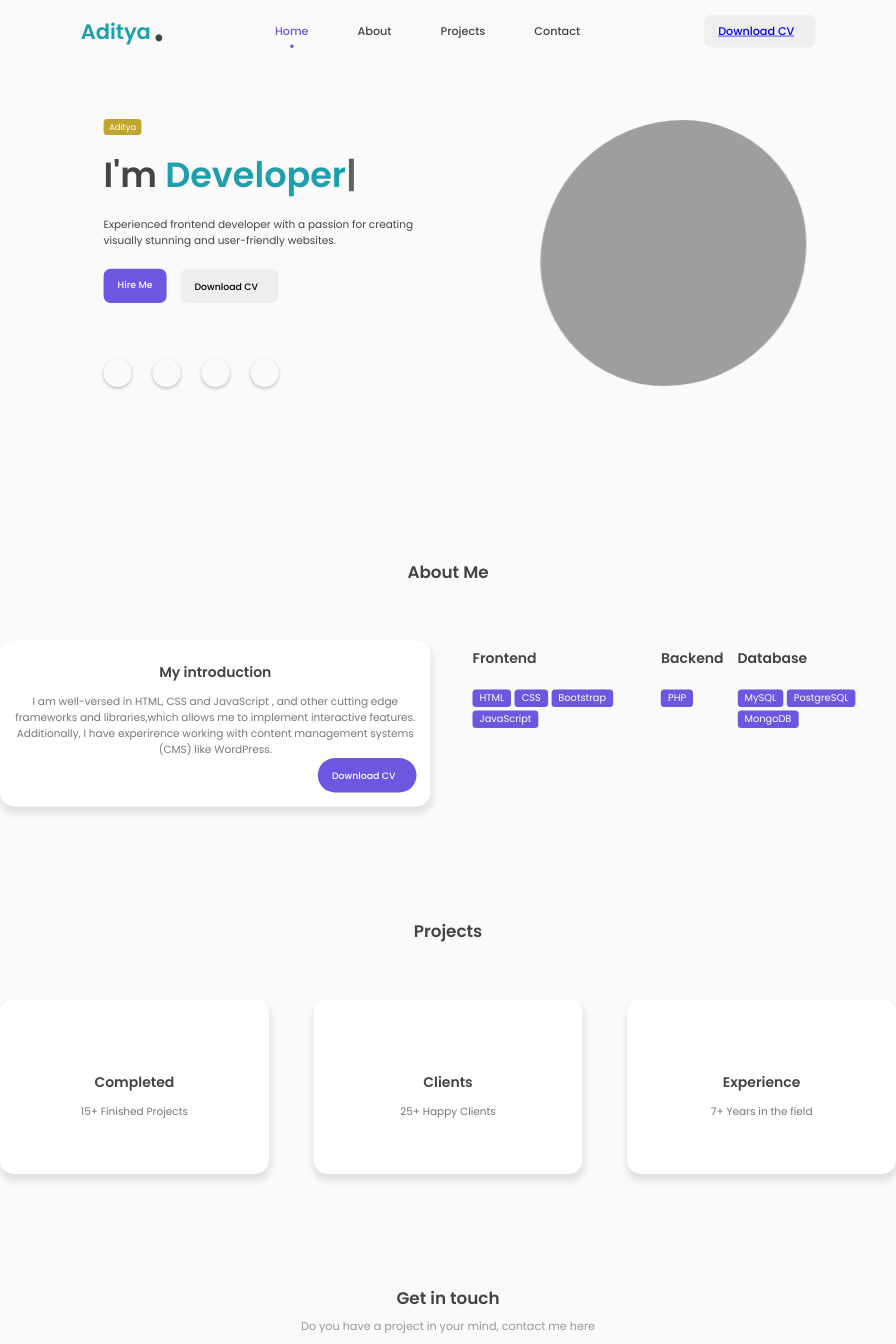
Repository: 4Kbrain/Portofolio
Page: index.html
The author's editor kept a copy of each file at every save. The page is drawn from the files as they stood at one save, then again after the next save.
The browser window is 1280 px wide. The pictures show the part of the page from y = 0 to 1920 px (the page is 2767 px tall), at 70% of full size.
Pictures or frames that could not be fetched are drawn as grey boxes. Some icons come from a web library that is not loaded, so they are not drawn.

Above is the page before, as saved 2024-05-15 09:04:16.

### index.html
<!DOCTYPE html>
<html lang="en">

<head>
    <meta charset="UTF-8">
    <meta name="viewport" content="width=device-width, initial-scale=1.0">
    <link rel="stylesheet" href="https://unicons.iconscout.com/release/v4.0.8/css/line.css">
    <link rel="stylesheet" href="assets/css/style.css">
    <link rel="shortcut icon" href="assets/images/favicon.png" type="image/x-icon">

    <title>Portfolio | Aditya</title>
</head>

<body>
    <div class="container">
        <!-- header -->
        <nav id="header">
            <div class="nav-logo">
                <p class="nav-name">Aditya</p>
                <span>.</span>
            </div>
            <div class="nav-menu" id="myNavMenu">
                <ul class="nav_menu_list">
                    <li class="nav_list">
                        <a href="#home" class="nav-link active-link">Home</a>
                        <div class="circle"></div>
                    </li>
                    <li class="nav_list">
                        <a href="#about" class="nav-link">About</a>
                        <div class="circle"></div>
                    </li>
                    <li class="nav_list">
                        <a href="#projects" class="nav-link">Projects</a>
                        <div class="circle"></div>
                    </li>
                    <li class="nav_list">
                        <a href="#contact" class="nav-link">Contact</a>
                        <div class="circle"></div>
                    </li>
                </ul>
            </div>
            <div class="nav-button">
                <a id="downloadCVButton" href="assets/CV/Aditya%20CV.pdf" download="CV.pdf" class="btn">Download CV <i
                        class="uil uil-file-alt"></i></a>
            </div>
            <div class="nav-menu-btn">
                <i class="uil uil-bars" onclick="myMenuFunction()"></i>
            </div>
        </nav>


        <!-- -------------- MAIN ---------------- -->
        <main class="wrapper">
            <!-- -------------- FEATURED BOX ---------------- -->
            <section class="featured-box" id="home">
                <div class="featured-text">
                    <div class="featured-text-card">
                        <span>Aditya</span>
                    </div>
                    <div class="featured-name">
                        <p>I'm <span class="typedText"></span></p>
                    </div>
                    <div class="featured-text-info">
                        <p>Experienced frontend developer with a passion for creating visually stunning
                            and user-friendly websites.
                        </p>
                    </div>
                    <div class="featured-text-btn">
                        <button class="btn blue-btn">Hire Me</button>
                        <button class="btn">Download CV <i class="uil uil-file-alt"></i></button>
                    </div>
                    <div class="social_icons">
                        <div class="icon"><a href="https://instagram.com"><i class="uil uil-instagram"></i></a></div>
                        <div class="icon"><a href="https://linkedin.com"><i class="uil uil-linkedin-alt"></i></a></div>
                        <div class="icon"><a href="https://dribbble.com"><i class="uil uil-dribbble"></i></a></div>
                        <div class="icon"><a href="https://github.com/4Kbrain"><i class="uil uil-github-alt"></i></a></div>

                    </div>
                </div>
                <div class="featured-image">
                    <div class="image">
                        <img src="assets/images/avatar.png" alt="avatar">
                    </div>
                </div>
                <!-- <div c
         -->
    </div>

    </section>
    <!-- -------------- ABOUT BOX ---------------- -->
    <section class="section" id="about">
        <div class="top-header">
            <h1>About Me</h1>
        </div>
        <div class="row">
            <div class="col">
                <div class="about-info">
                    <h3>My introduction</h3>
                    <p>I am well-versed in HTML, CSS and JavaScript , and other cutting edge
                        frameworks and libraries,which allows me to implement interactive features.
                        Additionally, I have experirence working with content management systems (CMS) like
                        WordPress.
                    </p>
                    <div class="about-btn">
                        <button class="btn">Download CV <i class="uil uil-import"></i></button>
                    </div>
                </div>
            </div>
            <div class="col">
                <div class="skills-box">
                    <div class="skills-header">
                        <h3>Frontend</h3>
                    </div>
                    <div class="skills-list">
                        <span>HTML</span>
                        <span>CSS</span>
                        <span>Bootstrap</span>
                        <span>JavaScript</span>
                    </div>
                </div>
                <div class="skills-box">
                    <div class="skills-header">
                        <h3>Backend</h3>
                    </div>
                    <div class="skills-list">
                        <span>PHP</span>
                    </div>
                </div>
                <div class="skills-box">
                    <div class="skills-header">
                        <h3>Database</h3>
                    </div>
                    <div class="skills-list">
                        <span>MySQL</span>
                        <span>PostgreSQL</span>
                        <span>MongoDB</span>
                    </div>
                </div>
            </div>
        </div>
    </section>

    <!-- -------------- PROJECT BOX ---------------- -->

    <section class="section" id="projects">
        <div class="top-header">
            <h1>Projects</h1>
        </div>
        <div class="project-container">
            <div class="project-box">
                <i class="uil uil-briefcase-alt"></i>
                <h3>Completed</h3>
                <label>15+ Finished Projects</label>
            </div>
            <div class="project-box">
                <i class="uil uil-users-alt"></i>
                <h3>Clients</h3>
                <label>25+ Happy Clients</label>
            </div>
            <div class="project-box">
                <i class="uil uil-award"></i>
                <h3>Experience</h3>
                <label>7+ Years in the field</label>
            </div>
        </div>
    </section>

    <!-- -------------- CONTACT BOX ---------------- -->

    <section class="section" id="contact">
        <div class="top-header">
            <h1>Get in touch</h1>
            <span>Do you have a project in your mind, contact me here</span>
        </div>
        <div class="row">
            <div class="col">
                <div class="contact-info">
                    <h2>Find Me <i class="uil uil-corner-right-down"></i></h2>
                    <p><i class="uil uil-envelope"></i> Email: john@Aditya.com</p>
                    <p><i class="uil uil-phone"></i> Tel: +250 708 770 000</p>
                </div>
            </div>
            <div class="col">
                <div class="form-control">
                    <div class="form-inputs">
                        <input type="text" class="input-field" placeholder="Name">
                        <input type="text" class="input-field" placeholder="Email">
                    </div>
                    <div class="text-area">
                        <textarea placeholder="Message"></textarea>
                    </div>
                    <div class="form-button">
                        <button class="btn">Send <i class="uil uil-message"></i></button>
                    </div>
                </div>
            </div>
        </div>
    </section>

    </main>


    <!-- --------------- FOOTER --------------- -->
    <footer>
        <div class="top-footer">
            <p>Aditya .</p>
        </div>
        <div class="middle-footer">
            <ul class="footer-menu">
                <li class="footer_menu_list">
                    <a href="#home">Home</a>
                </li>
                <li class="footer_menu_list">
                    <a href="#about">About</a>
                </li>
                <li class="footer_menu_list">
                    <a href="#projects">Projects</a>
                </li>
                <li class="footer_menu_list">
                    <a href="#contact">Contact</a>
                </li>
            </ul>
        </div>
        <div class="footer-social-icons">
            <div class="icon"><i class="uil uil-instagram"></i></div>
            <div class="icon"><i class="uil uil-linkedin-alt"></i></div>
            <div class="icon"><i class="uil uil-dribbble"></i></div>
            <div class="icon"><i class="uil uil-github-alt"></i></div>
        </div>
        <div class="bottom-footer">
            <p>Copyright &copy; <a href="#home" style="text-decoration: none;">Aditya</a> - All rights reserved</p>
        </div>
    </footer>

    </div>



    <script src="https://unpkg.com/typed.js@2.0.16/dist/typed.umd.js"></script>
    <script src="https://unpkg.com/scrollreveal"></script>
    <script src="assets/js/script.js"></script>
</body>

</html>

### assets/css/style.css
/* ----- POPPINS FONT Link ----- */
@import url('https://fonts.googleapis.com/css2?family=Poppins:wght@400;500;600;700&display=swap');

/* ----- VARIABLES ----- */
:root{
    --body-color: rgb(250, 250, 250);
    --color-white: rgb(255, 255, 255);

    --text-color-second: rgb(68, 68, 68);
    --text-color-third: rgb(30, 159, 171);

    --first-color: rgb(110, 87, 224);
    --first-color-hover: rgb(40, 91, 212);

    --second-color: rgb(0, 201, 255);
    --third-color: rgb(192, 166, 49);
    --first-shadow-color: rgba(0, 0, 0, 0.1);

}

*{
    margin: 0;
    padding: 0;
    box-sizing: border-box;
    font-family: 'Poppins', sans-serif;
}

html{
    scroll-behavior: smooth;
}

/* webkit scrollbar */
::-webkit-scrollbar{
    width: 10px;
    border-radius: 25px;
}
::-webkit-scrollbar-track{
    background: #f1f1f1;
}
::-webkit-scrollbar-thumb{
    background: #ccc;
    border-radius: 30px;
}
::-webkit-scrollbar-thumb:hover{
    background: #bbb;
}


.btn{
    font-weight: 500;
    padding: 12px 20px;
    background: #efefef;
    border: none;
    border-radius: 10px;
    cursor: pointer;
    transition: .4s;
}
.btn>i{
    margin-left: 10px;
}
.btn:hover{
    background: var(--second-color);
    color: var(--color-white);
}

/* ----- GLOBAL ICONS DESIGN ----- */
i{
    font-size: 16px;
}

/* ------- BASE -------- */
body{
    background: var(--body-color);
    overflow-x: hidden;
}
.container{
    width: 100%;
    position: relative;
}

/* ----- NAVIGATION BAR ----- */
nav{
    position: fixed;
    display: flex;
    justify-content: space-between;
    width: 100%;
    height: 90px;
    line-height: 90px;
    background: var(--body-color);
    padding-inline: 9vw;
    transition: .3s;
    z-index: 100;
}
.nav-logo{
   position: relative;
}
.nav-name{
    font-size: 30px;
    font-weight: 600;
    color: var(--text-color-third);
}
.nav-logo span{
    position: absolute;
    top: -15px;
    right: -20px;
    font-size: 5em;
    color: var(--text-color-second);
}
.nav-menu, .nav_menu_list{
    display: flex;
}
.nav-menu .nav_list{
    list-style: none;
    position: relative;
}
.nav-link{
    text-decoration: none;
    color: var(--text-color-second);
    font-weight: 500;
    padding-inline: 15px;
    margin-inline: 20px;
}
.nav-menu-btn{
    display: none;
}
.nav-menu-btn i{
    font-size: 28px;
    cursor: pointer;
}
.active-link{
    position: relative;
    color: var(--first-color);
    transition: .3;
}
.active-link::after{
    content: '';
    position: absolute;
    left: 50%;
    bottom: -15px;
    transform: translate(-50%, -50%);
    width: 5px;
    height: 5px;
    background: var(--first-color);
    border-radius: 50%;
}


/* ----- WRAPPER DESIGN ----- */
.wrapper{
    padding-inline: 10vw;
}

/* ----- FEATURED BOX ----- */
.featured-box{
    position: relative;
    display: flex;
    height: 100vh;
    min-height: 700px;
}

/* ----- FEATURED TEXT BOX ----- */
.featured-text{
    position: relative;
    display: flex;
    justify-content: center;
    align-content: center;
    min-height: 80vh;
    flex-direction: column;
    width: 50%;
    padding-left: 20px;
}
.featured-text-card span{
    background: var(--third-color);
    color: var(--color-white);
    padding: 3px 8px;
    font-size: 12px;
    border-radius: 5px;
}
.featured-name{
    font-size: 50px;
    font-weight: 600;
    color: var(--text-color-second);
    margin-block: 20px;
}
.typedText{
    text-transform: capitalize;
    color: var(--text-color-third);
}
.featured-text-info{
    font-size: 15px;
    margin-bottom: 30px;
    color: var(--text-color-second);
}
.featured-text-btn{
    display: flex;
    gap: 20px;
}
.featured-text-btn>.blue-btn{
    background: var(--first-color);
    color: var(--color-white);
}
.featured-text-btn>.blue-btn:hover{
    background: var(--first-color-hover);
}
.social_icons{
    display: flex;
    margin-top: 5em;
    gap: 30px;
}
.icon{
    display: flex;
    justify-content: center;
    align-items: center;
    width: 40px;
    height: 40px;
    border-radius: 50%;
    box-shadow: 0px 2px 5px 0px rgba(0, 0, 0, 0.25);
    cursor: pointer;
}
.icon:hover{
    color: var(--first-color);
}

/* ----- FEATURED IMAGE BOX ----- */
.featured-image{
    display: flex;
    justify-content: right;
    align-content: center;
    min-height: 80vh;
    width: 50%;
}
.image{
    margin: auto 0;
    width: 380px;
    height: 380px;
    border-radius: 55% 45% 55% 45%;
    overflow: hidden;
    animation: imgFloat 7s ease-in-out infinite;
}
.image img{
    width: 380px;
    height: 380px;
    object-fit: cover;
}
@keyframes imgFloat {
    50%{
        transform: translateY(10px);
        border-radius: 45% 55% 45% 55%;
    }
}
.scroll-btn{
   position: absolute;
   bottom: 0;
   left: 50%;
   translate: -50%;
   display: flex;
   justify-content: center;
   align-items: center;
   width: 150px;
   height: 50px;
   gap: 5px;
   text-decoration: none;
   color: var(--text-color-second);
   background: var(--color-white);
   border-radius: 30px;
   box-shadow: 0 2px 5px 0 rgba(0, 0, 0, 0.25);
}
.scroll-btn i{
    font-size: 20px;
}

/* ----- MAIN BOX ----- */
.section{
    padding-block: 5em;
}
.row{
    display: flex;
    justify-content: space-between;
    width: 100%;
    gap: 50px;
}
.col{
    display: flex;
    width: 50%;
}

/* -- ## --- RESUABLE CSS -- ## -- */
.top-header{
    text-align: center;
    margin-bottom: 5em;
}
.top-header h1{
    font-weight: 600;
    color: var(--text-color-second);
    margin-bottom: 10px;
}
.top-header span{
    color: #999;
}
h3{
    font-size: 20px;
    font-weight: 600;
    color: var(--text-color-second);
    margin-bottom: 15px;
}

/* ----- ABOUT INFO ----- */
.about-info{
    position: relative;
    display: flex;
    align-items: center;
    flex-direction: column;
    padding-block: 30px 70px;
    padding-inline: 20px;
    width: 100%;
    background: var(--color-white);
    box-shadow: 1px 8px 10px 2px var(--first-shadow-color);
    border-radius: 20px;
}
.about-info p{
    text-align: center;
    font-size: 15px;
    color: #777;
}
.about-btn button{
    position: absolute;
    right: 20px;
    bottom: 20px;
    background: var(--first-color);
    color: var(--color-white);
    border-radius: 30px;
}
.about-btn button:hover{
    background: var(--first-color-hover);
}

/* ----- ABOUT / SKILLS BOX ----- */
.skills-box{
    margin: 10px;
}
.skills-header{
    margin-bottom: 30px;
}
.skills-list{
    display: flex;
    flex-wrap: wrap;
    gap: 5px;
}
.skills-list span{
    font-size: 14px;
    background: var(--first-color);
    color: var(--color-white);
    padding: 2px 10px;
    border-radius: 5px;
}

/* ----- PROJECTS BOX ----- */
.project-container{
    display: flex;
    width: 100%;
    justify-content: space-between;
    gap: 20px;
    flex-wrap: wrap;
}
.project-box{
    position: relative;
    display: flex;
    justify-content: center;
    align-items: center;
    flex-direction: column;
    width: 30%;
    height: 250px;
    background: var(--color-white);
    border-radius: 20px;
    box-shadow: 1px 8px 10px 2px var(--first-shadow-color);
    overflow: hidden;
}
.project-box>i{
    font-size: 50px;
    color: #00B5E7;
    margin-bottom: 25px;
}
.project-box label{
    font-size: 15px;
    color: #777;
}
.project-box::after, .contact-info::after{
    content: "";
    position: absolute;
    bottom: -100%;
    background: var(--second-color);
    width: 100%;
    height: 100%;
    transition: .4s;
    z-index: 1;
}
.project-box:hover.project-box::after,
.contact-info:hover.contact-info::after{
    bottom: 0;
}
.project-box:hover.project-box i,
.project-box:hover.project-box>h3,
.project-box:hover.project-box>label{
    color: var(--color-white);
    z-index: 2;
}

/* ----- CONTACT BOX ----- */
.contact-info{
    position: relative;
    display: flex;
    flex-direction: column;
    justify-content: center;
    align-items: center;
    padding: 20px 30px;
    width: 100%;
    height: 315px;
    background: var(--second-color);
    border-radius: 10px;
    box-shadow: 1px 8px 10px 2px var(--first-shadow-color);
    overflow: hidden;
}
.contact-info>h2{
    color: var(--color-white);
    margin-bottom: 20px;
}
.contact-info>p{
    display: flex;
    align-items: center;
    gap: 10px;
    color: var(--color-white);
    margin-block: 5px;
}
.contact-info p>i{
    font-size: 18px;
}
.contact-info::after{
    background: var(--color-white);
}
.contact-info:hover.contact-info h2,
.contact-info:hover.contact-info p,
.contact-info:hover.contact-info i{
    color: #777;
    z-index: 2;
}

/* ----- CONTACT FORM ----- */
.form-control{
    display: flex;
    flex-direction: column;
    gap: 10px;
    width: 100%;
}
.form-inputs{
    display: flex;
    gap: 10px;
    width: 100%;
}
.input-field{
    width: 50%;
    height: 55px;
    background: transparent;
    border: 2px solid #AAA;
    border-radius: 10px;
    padding-inline: 20px;
    outline: none;
}
textarea{
    width: 100%;
    height: 250px;
    background: transparent;
    border: 2px solid #AAA;
    border-radius: 10px;
    padding: 15px 20px;
    outline: none;
    resize: none;
}
.form-button>.btn{
    display: flex;
    align-items: center;
    justify-content: center;
    background: var(--second-color);
    color: var(--color-white);
}
.form-button>.btn:hover{
    background: #00B5E7;
}
.form-button i{
    font-size: 18px;
    rotate: -45deg;
}

/* ----- FOOTER BOX ----- */
footer{
    display: flex;
    justify-content: center;
    align-items: center;
    flex-direction: column;
    row-gap: 30px;
    background: #F8F8F8;
    padding-block: 40px 60px;
}
.top-footer p{
    font-size: 25px;
    font-weight: 600;
}
.middle-footer .footer-menu{
    display: flex;
}
.footer_menu_list{
    list-style: none;
}
.footer_menu_list a{
    text-decoration: none;
    color: var(--text-color-second);
    font-weight: 500;
    margin-inline: 20px;
}
.footer-social-icons{
    display: flex;
    gap: 30px;
}
.bottom-footer{
    font-size: 14px;
    margin-top: 10px;
}


/* ----- MEDIA QUERY == 1024px / RESPONSIVE ----- */
@media only screen and (max-width: 1024px){
    .featured-text{
        padding: 0;
    }
    .image, .image img{
        width: 320px;
        height: 320px;
    }
}

/* ----- MEDIA QUERY == 900px / RESPONSIVE ----- */
@media only screen and (max-width: 900px) {
    .nav-button{
        display: none;
    }
    .nav-menu.responsive{
        left: 0;
    }
    .nav-menu{
        position: fixed;
        top: 80px;
        left: -100%;
        flex-direction: column;
        justify-content: center;
        align-items: center;
        background: rgba(255, 255, 255, 0.7);
        backdrop-filter: blur(20px);
        width: 100%;
        min-height: 450px;
        height: 90vh;
        transition: .3s;
    }
    .nav_menu_list{
        flex-direction: column;
    }
    .nav-menu-btn{
        display: flex;
        align-items: center;
        justify-content: center;
    }
    .featured-box{
        flex-direction: column;
        justify-content: center;
        height: 100vh;
    }
    .featured-text{
        width: 100%;
        order: 2;
        justify-content: center;
        align-content: flex-start;
        min-height: 60vh;
    }
    .social_icons{
        margin-top: 2em;
    }
    .featured-image{
        order: 1;
        justify-content: center;
        min-height: 150px;
        width: 100%;
        margin-top: 65px;
    }
    .image, .image img{
        width: 150px;
        height: 150px;
    }
    .row{
        display: flex;
        flex-direction: column;
        justify-content: center;
        gap: 50px;
    }
    .col{
        display: flex;
        justify-content: center;
        width: 100%;
    }
    .about-info, .contact-info{
        width: 100%;
    }
    .project-container{
        justify-content: center;
    }
    .project-box{
        width: 80%;
    }

}

/* ----- MEDIA QUERY == 540px / RESPONSIVE ----- */

@media only screen and (max-width: 540px){
    .featured-name{
        font-size: 40px;
    }
    .project-box{
        width: 100%;
    }
    .form-inputs{
        flex-direction: column;
    }
    .input-field{
        width: 100%;
    }
}

Loaded but not shown: assets/js/script.js (129 lines, source omitted)

After the next save:
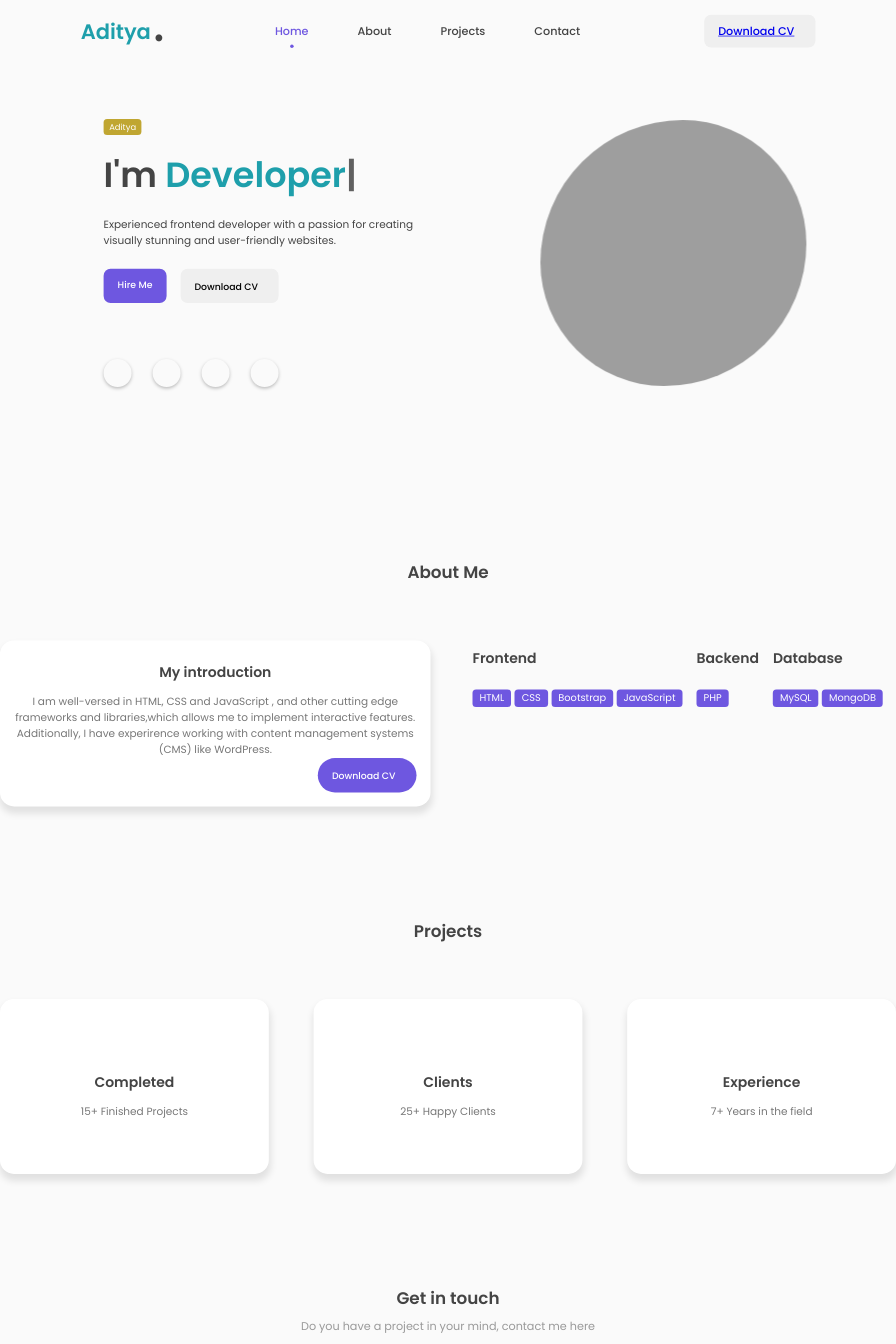
Saved 31 s later.
--- a/index.html
+++ b/index.html
@@ -132,7 +132,6 @@
                     </div>
                     <div class="skills-list">
                         <span>MySQL</span>
-                        <span>PostgreSQL</span>
                         <span>MongoDB</span>
                     </div>
                 </div>
